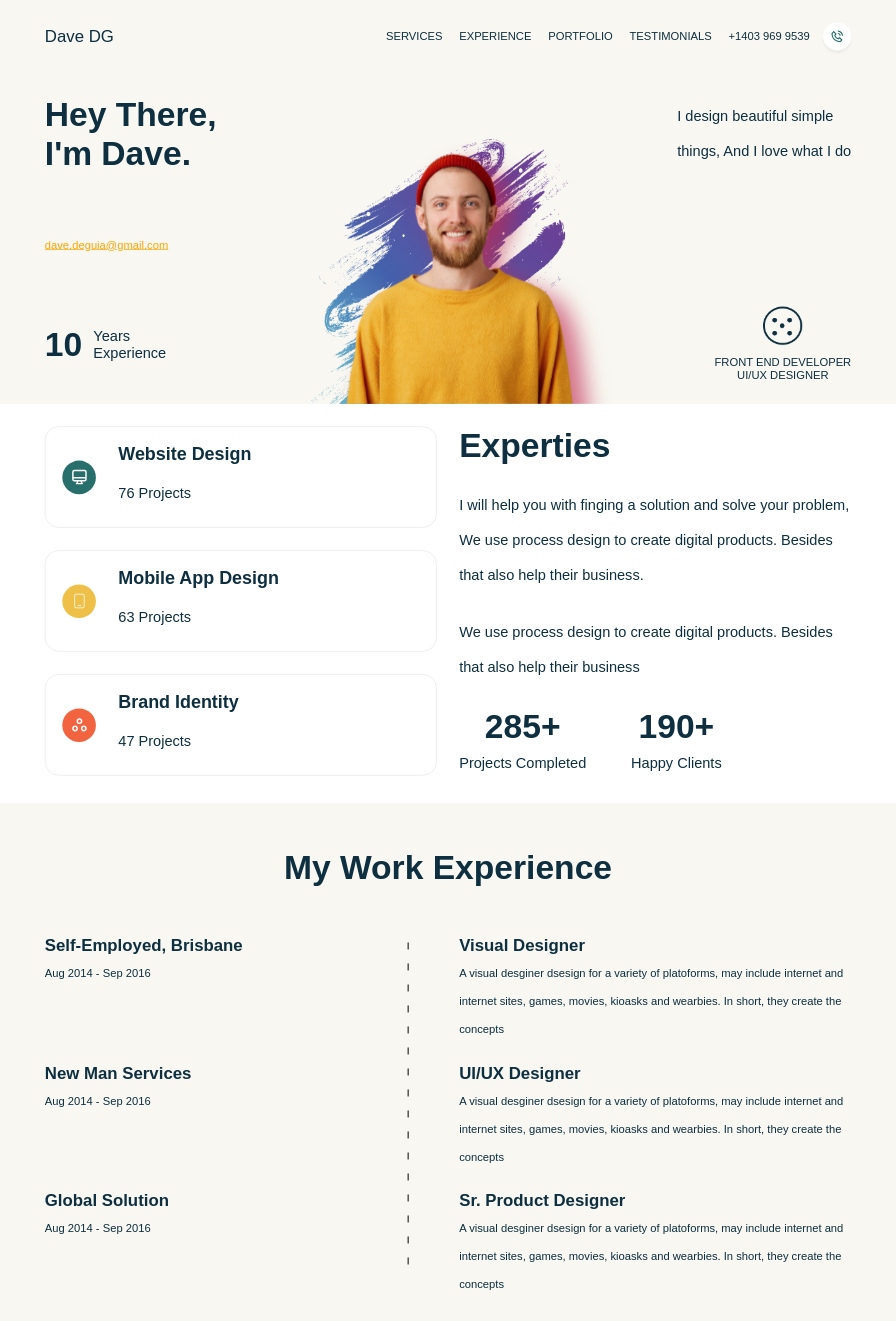
Repository: davedeguia/framer-motion-portfolio
Page: /
An editor plug-in stored every save of this project. The page is shown before and after the next save, followed by the edit.
The browser window is 1280 px wide. The pictures show the whole page, at 70% of full size.
Some web fonts or font styles are not loaded; a fallback is used. The project was rebuilt for these pictures with package versions that can differ from the ones it lists, and the page was loaded fresh each time. Also part of the build but not shown: vite.config.js.

Above is the page before, as saved 2023-02-10 17:44:41.

### index.html
<!DOCTYPE html>
<html lang="en">
  <head>
    <meta charset="UTF-8" />
    <link rel="icon" type="image/svg+xml" href="/vite.svg" />
    <meta name="viewport" content="width=device-width, initial-scale=1.0" />
    <link rel="stylesheet" href="https://stijndv.com/fonts/Eudoxus-Sans.css" />
      <title>Dave DG</title>
  </head>
  <body>
    <div id="root"></div>
    <script type="module" src="/src/main.jsx"></script>
  </body>
</html>

### src/main.jsx
import React from 'react'
import ReactDOM from 'react-dom/client'
import App from './App'
import './styles/index.css'
import './styles/global.scss'

ReactDOM.createRoot(document.getElementById('root')).render(
  <React.StrictMode>
    <App />
  </React.StrictMode>
)

### src/App.jsx
import Experties from './components/Experties/Experties'
import Header from './components/Header/Header'
import Hero from './components/Hero/Hero'
import Works from './components/Works/Works'
import css from './styles/app.module.scss'

const App = () => {
  return (
    <div className={`bg-primary ${css.container}`}>
      <Header />
      <Hero />
      <Experties />
      <Works />
    </div>
  )
}

export default App

### src/styles/index.css
* {
    margin: 0;
    padding: 0;
    box-sizing: border-box;
    scroll-behavior: smooth;
    font-family: "Eudoxus Sans", sans-serif;
  }

### src/styles/global.scss
@import './constants.scss';

.bg-primary {
  background: #F8F7F1;
}

.innerWidth {
  @media (min-width: $xxl) {
    max-width: 1280px;
    margin: auto;
  }

  width: 100%;
}

.paddings {
  @media (min-width: $sm) {
    padding: 4rem;
  }


  @media (min-width: $xl),
  (min-width: $md) {
    padding-top: 2rem;
    padding-bottom: 2rem;
  }

  padding-left: 1.5rem;
  padding-right: 1.5rem;
  padding-top: 1.5rem;
  padding-bottom: 1.5rem;
}



.xPaddings {
  @media (min-width: $sm) {
    padding-left: 4rem;
    padding-right: 4rem;
  }

  padding-left: 1.5rem;
  /* 24px */
  padding-right: 1.5rem;
  /* 24px */
}

.yPaddings {
  @media (min-width: $sm) {
    padding-top: 4rem;
    padding-bottom: 4rem;
  }

  @media (min-width: $xl) {
    padding-top: 2rem;
    padding-bottom: 2rem;
  }

  padding-top: 3rem;
  padding-bottom: 3rem;
}

.topPaddings {
  @media (min-width : $sm) {
    padding-top: 4rem;
  }

  @media (min-width: $xl) {
    padding-top: 2rem;
  }

  padding-top: 3rem;
}


.bottomPaddings {
  @media (min-width : $sm) {
    padding-bottom: 4rem;
  }

  @media (min-width: $xl) {
    padding-bottom: 2rem;
  }

  padding-bottom: 3rem;
}


.flexCenter {
  display: flex;
  justify-content: center;
  align-items: center;
}

.flexStart {
  display: flex;
  justify-content: start;
  align-items: center;
}

.flexEnd {
  display: flex;
  justify-items: end;
}

.primaryText {
  @media (max-width: $sm) {
    font-size: 2.5rem;
  }
  font-size: 3rem;
  font-weight: bold;
}

.secondaryText {
  @media (max-width: $sm) {
    font-size: 1.1rem;
    line-height: 40px;
  }
  line-height: 50px;
  font-size: 1.3rem;
  font-weight: 500
}
.anchor {
  display: block;
  position: relative;
  top: -100px;
  visibility: hidden;
}

### src/components/Experties/Experties.jsx
import React from 'react'
import css from './Experties.module.scss'
import { projectExperience, WhatDoIHelp } from '../../utils/data'
import { motion } from 'framer-motion'
import { fadeIn, staggerContainer, textVariant } from '../../utils/motion.js'

const Experties = () => {
  return (
    <motion.section
      variants={staggerContainer}
      initial='hidden'
      whileInView='show'
      viewport={{ once: false, amount: 0.25 }}
      className={css.wrapper}
    >
      <div
        className={`paddings yPaddings flexCenter innerWidth ${css.container}`}
      >
        <div className={css.leftSide}>
          {projectExperience.map((exp, i) => {
            return (
              <motion.div
                variants={fadeIn('right', 'tween', (i + 1) * 0.2, 1)}
                className={css.exp}
                key={i}
              >
                <div className='flexCenter' style={{ background: exp.bg }}>
                  <exp.icon size={25} color='white' />
                </div>

                <div>
                  <span>{exp.name}</span>
                  <span className='secondaryText'>{exp.projects} Projects</span>
                </div>
              </motion.div>
            )
          })}
        </div>
        <motion.div variants={textVariant(0.5)} className={css.rightSide}>
          <span className='primaryText'>Experties </span>
          {WhatDoIHelp.map((paragraph, i) => {
            return (
              <span className='secondaryText' key={i}>
                {paragraph}
              </span>
            )
          })}

          <div className={`flexCenter ${css.stats}`}>
            <div className={`flexCenter ${css.stat}`}>
              <span className='primaryText'>285+</span>
              <span className='secondaryText'>Projects Completed</span>
            </div>

            <div className={`flexCenter ${css.stat}`}>
              <span className='primaryText'>190+</span>
              <span className='secondaryText'>Happy Clients</span>
            </div>
          </div>
        </motion.div>
      </div>
    </motion.section>
  )
}

export default Experties

### src/components/Header/Header.jsx
import React, { useState } from 'react'
import css from './Header.module.scss'
import { BiMenuAltRight, BiPhoneCall } from 'react-icons/bi'
import { motion } from 'framer-motion'
import { getMenuStyles, headerVariants } from '../../utils/motion'
import useHeaderShadow from '../../hooks/useHeaderShadow'

const Header = () => {
  const [menuOpened, setMenuOpened] = useState(false)
  const headerShadow = useHeaderShadow()
  return (
    <motion.div
      initial='hidden'
      whileInView='show'
      variants={headerVariants}
      viewport={{ once: false, amount: 0.25 }}
      className={`paddings ${css.wrapper}`}
      style={{ boxShadow: headerShadow }}
    >
      <div className={`flexCenter innerWidth ${css.container}`}>
        <div className={css.name}>Dave DG</div>
        <ul
          style={getMenuStyles(menuOpened)}
          className={`flexCenter ${css.menu}`}
        >
          <li>
            <a href=''>Services</a>
          </li>

          <li>
            <a href=''>Experience</a>
          </li>

          <li>
            <a href=''>Portfolio</a>
          </li>

          <li>
            <a href=''>Testimonials</a>
          </li>

          <li className={`flexCenter ${css.phone}`}>
            <p>+1403 969 9539</p>
            <BiPhoneCall size={'40px'} />
          </li>
        </ul>
        {/* for medium and small screens */}
        <div
          className={css.menuIcon}
          onClick={() => setMenuOpened((prev) => !prev)}
        >
          <BiMenuAltRight size={30} />
        </div>
      </div>
    </motion.div>
  )
}

export default Header

### src/components/Hero/Hero.jsx
import React from 'react'
import css from './Hero.module.scss'
import { motion } from 'framer-motion'
import { fadeIn, slideIn, staggerContainer } from '../../utils/motion'

const Hero = () => {
  return (
    <section className={`paddings ${css.wrapper}`}>
      <motion.div
        variants={staggerContainer}
        initial='hidden'
        whileInView='show'
        viewport={{ once: false, amount: 0.25 }}
        className={`innerWidth ${css.container}`}
      >
        {/* upper elements */}
        <div className={css.upperElements}>
          <motion.span
            variants={fadeIn('right', 'tween', 0.2, 1)}
            className='primaryText'
          >
            Hey There, <br /> I'm Dave.
          </motion.span>
          <motion.span
            variants={fadeIn('left', 'tween', 0.4, 1)}
            className='secondaryText'
          >
            I design beautiful simple <br /> things, And I love what I do
          </motion.span>
        </div>

        {/* person image */}
        <motion.div
          variants={fadeIn('up', 'tween', 0.3, 1)}
          className={css.person}
        >
          <motion.img
            variants={slideIn('up', 'tween', 0.5, 1.3)}
            src='./person.png'
            alt=''
          />
        </motion.div>

        {/* email */}
        <a className={css.email} href='mailto:dave.deguia@gmail.com'>
          dave.deguia@gmail.com
        </a>

        {/* lower elements */}
        <div className={css.lowerElements}>
          <div className={css.experience}>
            <div className='primaryText'>10</div>
            <div className='secondaryText'>
              <div>Years</div>
              <div>Experience</div>
            </div>
          </div>
          <div className={css.certificate}>
            <img src='./certificate.png' alt='' />
            <span>FRONT END DEVELOPER</span>
            <span>UI/UX DESIGNER</span>
          </div>
        </div>
      </motion.div>
    </section>
  )
}

export default Hero

### src/components/Works/Works.jsx
import React from 'react'
import css from './Works.module.scss'
import { motion } from 'framer-motion'
import {
  fadeIn,
  staggerChildren,
  textVariant2,
  zoomIn,
} from '../../utils/motion.js'
import { workExp } from '../../utils/data'

const Works = () => {
  return (
    <motion.section
      variants={staggerChildren}
      initial='hidden'
      whileInView='show'
      viewport={{ once: false, amount: 0.25 }}
      className={`paddings ${css.wrapper}`}
    >
      <div className={`flexCenter innerWidth ${css.container}`}>
        <span className='primaryText yPaddings'>My Work Experience</span>
        <div className={`flexCenter ${css.experiences}`}>
          {workExp.map((exp, i) => {
            return (
              <motion.div
                variants={textVariant2}
                className={`flexCenter ${css.exp}`}
                key={i}
              >
                <div className={css.post}>
                  <h1>{exp.place}</h1>
                  <p>{exp.tenure}</p>
                </div>
                <div className={css.role}>
                  <h1>{exp.role}</h1>
                  <p>{exp.detail}</p>
                </div>
              </motion.div>
            )
          })}
          <motion.div variants={zoomIn(1, 1)} className={css.progressbar}>
            <motion.div
              variants={fadeIn('down', 'tween', 2, 1.5)}
              className={css.line}
            ></motion.div>
            <div className={css.circle} style={{ background: '#286F6C' }}></div>
            <div className={css.circle} style={{ background: '#F2704E' }}></div>
            <div className={css.circle} style={{ background: '#EEC048' }}></div>
          </motion.div>
        </div>
      </div>
    </motion.section>
  )
}

export default Works

### src/styles/app.module.scss
@import './constants.scss';

.container{
    overflow-x: clip;
    position: relative;
    color: $primary;

}

### src/components/Experties/Experties.module.scss
@import './../../styles/constants.scss';

.wrapper {
    background: white;

    .container {
        align-items: flex-start;
        gap: 2rem;
        flex-wrap: wrap;
        >div {
            flex: 1;
        }

        .leftSide {
            display: flex;
            flex-direction: column;
            gap: 2rem;

            .exp {
                display: flex;
                align-items: center;
                border: 1px solid $secondary-white;
                border-radius: 20px;
                padding: 1.5rem;
                gap: 2rem;
                transition: all 200ms ease-out;

                &hover {
                    cursor: pointer;
                    box-shadow: 0px 21px 13px rgba(0, 0, 0, 0.04);
                }

                //icon circles
                >:nth-child(1) {
                    padding: 10px;
                    width: 3rem;
                    height: 3rem;
                    border-radius: 999px;
                }

                //description
                >:nth-child(2) {
                    display: flex;
                    flex-direction: column;
                    gap: 1rem;

                    >:nth-child(1) {
                        font-size: 1.6rem;
                        font-weight: bold;
                    }
                }

            }
        }

        .rightSide {
            @media (max-width: $sm) {
                text-align: center;
            }
            display: flex;
            flex-direction: column;
            gap: 2rem;

            .stats {
                justify-content: flex-start;
                gap: 4rem;

                .stat {
                    flex-direction: column;
                    justify-content: flex-start;
                }
            }
        }
    }
}

### src/utils/motion.js
export const headerVariants = {
  hidden: {
    opacity: 0,
    y: -50,
    transition: {
      type: 'spring',
      stiffness: 300,
      damping: 140,
    },
  },
  show: {
    opacity: 1,
    y: 0,
    transition: {
      type: 'spring',
      stiffness: 80,
      delay: 1,
    },
  },
}

export const slideIn = (direction, type, delay, duration) => ({
  hidden: {
    x: direction === 'left' ? '-100%' : direction === 'right' ? '100%' : 0,
    y: direction === 'up' ? '100%' : direction === 'down' ? '100%' : 0,
  },
  show: {
    x: 0,
    y: 0,
    transition: {
      type,
      delay,
      duration,
      ease: 'easeOut',
    },
  },
})

export const staggerContainer = (staggerChildren, delayChildren) => ({
  hidden: {},
  show: {
    transition: {
      staggerChildren,
      delayChildren,
    },
  },
})

export const textVariant = (delay) => ({
  hidden: {
    y: 50,
    opacity: 0,
  },
  show: {
    y: 0,
    opacity: 1,
    transition: {
      type: 'spring',
      duration: 1.25,
      delay,
    },
  },
})

export const textVariant2 = {
  hidden: {
    opacity: 0,
    y: 20,
  },
  show: {
    opacity: 1,
    y: 0,
    transition: {
      type: 'tween',
      ease: 'easeIn',
    },
  },
}

export const fadeIn = (direction, type, delay, duration) => ({
  hidden: {
    x: direction === 'left' ? 100 : direction === 'right' ? -100 : 0,
    y: direction === 'up' ? 100 : direction === 'down' ? -100 : 0,
    opacity: 0,
  },
  show: {
    x: 0,
    y: 0,
    opacity: 1,
    transition: {
      type,
      delay,
      duration,
      ease: 'easeOut',
    },
  },
})

export const zoomIn = (delay, duration) => ({
  hidden: {
    scale: 0,
    opacity: 0,
  },
  show: {
    scale: 1,
    opacity: 1,
    transition: {
      type: 'tween',
      delay,
      duration,
      ease: 'easeOut',
    },
  },
})

export const footerVariants = {
  hidden: {
    opacity: 0,
    y: 50,
    transition: {
      type: 'spring',
      stiffness: 300,
      damping: 140,
    },
  },
  show: {
    opacity: 1,
    y: 0,
    transition: {
      type: 'spring',
      stiffness: 80,
      delay: 0.5,
    },
  },
}

export const staggerChildren = {
  hidden: { opacity: 0 },
  show: {
    opacity: 1,
    transition: {
      staggerChildren: 0.5,
    },
  },
}

export const getMenuStyles = (menuOpened) => {
  if (document.documentElement.clientWidth <= 640) {
    return { right: !menuOpened && '-100%' }
  }
}

### src/components/Header/Header.module.scss
@import './../../styles/constants.scss';

.wrapper {
    position: relative;
    z-index: 99;
    opacity: 1;
    transform: none;
    position: sticky;
    top: 0px;
    transition: all 300ms ease;

    .container {
        position: relative;
        justify-content: space-between;
        font-weight: 500;

        .name {
            font-size: 1.5rem;
            font-weight: 500;
        }

        .menu {

            @media (max-width: $sm),
            (max-width: $md) {
                position: absolute;
                list-style: none;
                gap: 2rem;
                font-weight: 500;
                flex-direction: column;
                right: 0;
                top: 3rem;
                height: calc(100vh - 6.3rem);
                width: 50%;
                min-width: 15rem;
                background: white;
                padding: 2rem;
                display: flex;
                border-radius: 10px;
                transition: all 200ms ease;
                align-items: flex-start;
                padding: 3rem;
                justify-content: flex-start;
                box-shadow: 0px 4px 4px rgba(0, 0, 0, 0.05);
            }

            text-transform: uppercase;
            font-size: 1rem;
            list-style: none;
            gap: 1.5rem;
            cursor: pointer;

            li {
                a {
                    color: inherit;
                    text-decoration: none;
                }

                &:hover {
                    color: $secondary;
                }
            }

            .phone {
                gap: 1.2rem;
                flex-wrap: wrap;

                svg {
                    color: $secondary;
                    background-color: white;
                    padding: 10px;
                    border-radius: 999px;
                    box-shadow: 0px 4px 4px rgba(0, 0, 0, 0.05);
                }
            }
        }



        .menuIcon {

            @media (max-width: $sm),
            (max-width: $md) {
                display: block;
            }

            display: none;
        }
    }
}

### src/components/Hero/Hero.module.scss
@import './../../styles/constants.scss';

.wrapper {
    overflow: hidden;

    .container {
        position: relative;
        z-index: 1;

        .upperElements {
            @media (max-width: $sm) {
                justify-content: center;
                text-align: center;
                gap: 2rem;
            }
            display: flex;
            align-items: center;
            justify-content: space-between;
            flex-wrap: wrap;
        }

        .lowerElements {
            @media (max-width: $sm), (max-width: $md) {
                margin-top: 4rem;
                gap: 2rem;
                justify-content: center;
            }
            margin-top: 12rem;
            display: flex;
            flex-wrap: wrap;
            justify-content: space-between;

            .experience {
                display: flex;
                align-items: center;
                gap: 1rem;

                >:nth-child(2) {
                    line-height: 25px;
                }
            }

            .certificate {
                display: flex;
                flex-direction: column;
                align-items: center;

                img {
                    margin-bottom: 1rem;
                    width: 3.5rem;
                }
            }
        }

        .person {
            @media (max-width: $sm), (max-width: $md) {
                position: relative;
                left: 0;
                background-size: 20rem;
                display: flex;
                align-items: center;
                justify-content: center;
                background-position: bottom;
            }
            position: absolute;
            bottom: -2rem;
            margin: auto;
            background-image: url('../splash.png');
            background-repeat: no-repeat;
            background-size: 23rem;
            left: 33%;

            img {
                @media (max-width: $sm) {
                    width: 23rem;
                }
                margin-bottom: -5px;
            }
        }

        .email {
            @media (max-width: $sm) {
                position: relative;
                display: none;
            }
            position: absolute;
            top: 50%;
            color: orange;
            left: 0;
        }
    }
}

### src/components/Works/Works.module.scss
@import './../../styles/constants.scss';

.wrapper {
    .container {
        flex-direction: column;
        gap: 2rem;

        .experiences {
            width: 100%;
            flex-direction: column;
            gap: 1.4rem;
            position: relative;

            .exp {
                width: 100%;
                justify-content: space-between;
                line-height: 40px;
                align-items: flex-start;

                >div {
                    flex: 1;
                }

                .role {
                    margin-left: 2rem;
                }
            }

            .progressbar {
                position: absolute;
                height: 100%;
                display: flex;
                flex-direction: column;
                gap: 1.4rem;
                left: 45%;

                .line {
                    position: absolute;
                    height: 92%;
                    width: 2px;
                    background-image: linear-gradient(black 33%, rgba(255, 255, 255, 0) 0%);
                    background-position: right;
                    background-size: 2px 30px;
                    background-repeat: repeat-y;
                    left: 48%;
                    z-index: 1;
                    border-radius: 5px;
                }

                >div {
                    flex: 1;
                    padding-top: .8rem;
                    z-index: 2;

                    .circle {
                        border-radius: 50%;
                        background: black;
                        width: 1.2rem;
                        height: 1.2rem;
                    }
                }
            }
        }
    }
}

Loaded but not shown: src/styles/constants.scss (common file); src/hooks/useHeaderShadow.jsx (common file); src/utils/data.js (156 lines, source omitted)

After the next save:
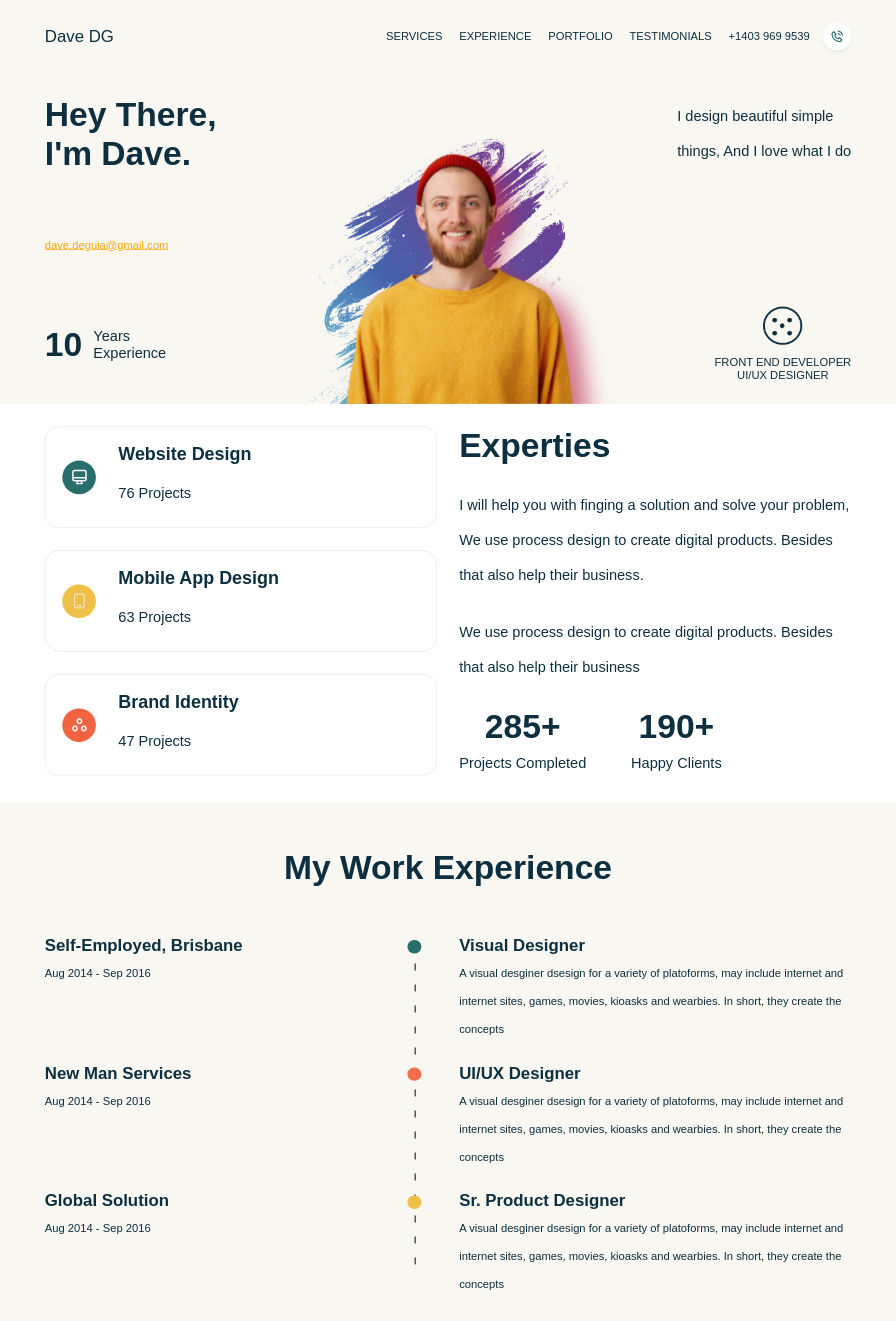
Saved 3 min 5 s later.
--- a/src/components/Works/Works.jsx
+++ b/src/components/Works/Works.jsx
@@ -44,9 +44,24 @@ const Works = () => {
               variants={fadeIn('down', 'tween', 2, 1.5)}
               className={css.line}
             ></motion.div>
-            <div className={css.circle} style={{ background: '#286F6C' }}></div>
-            <div className={css.circle} style={{ background: '#F2704E' }}></div>
-            <div className={css.circle} style={{ background: '#EEC048' }}></div>
+            <div>
+              <div
+                className={css.circle}
+                style={{ background: '#286F6C' }}
+              ></div>
+            </div>
+            <div>
+              <div
+                className={css.circle}
+                style={{ background: '#F2704E' }}
+              ></div>
+            </div>
+            <div>
+              <div
+                className={css.circle}
+                style={{ background: '#EEC048' }}
+              ></div>
+            </div>
           </motion.div>
         </div>
       </div>
